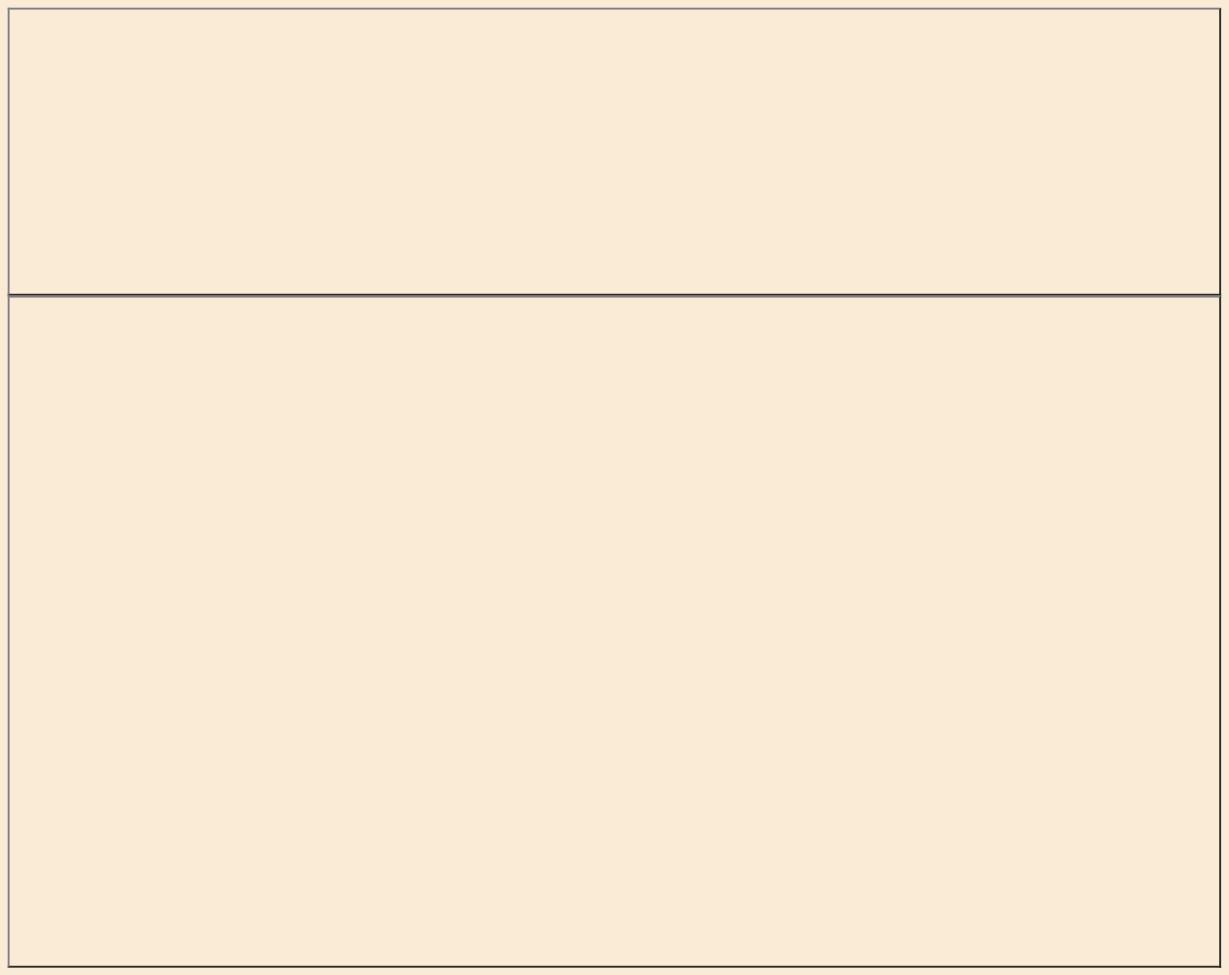
Repository: DAXMZB/Project
Page: http://localhost/SP2/
The author's editor kept a copy of each file at every save. The page is drawn from the files as they stood at one save, then again after the next save.
The browser window is 1280 px wide. The pictures show the whole page, at 96% of full size.
The page is served by Tomcat 9. Other server files are loaded and not shown.

Above is the page before, as saved 2026-02-04 11:53:39.

### SP2/src/main/webapp/index.jsp
<%@ page language="java" contentType="text/html; charset=UTF-8"
	pageEncoding="UTF-8"%>
<!DOCTYPE html>
<html>
<head>
<meta charset="UTF-8">
<title>Insert title here</title>
<script src="https://code.jquery.com/jquery-3.7.1.min.js"></script>
</head>
<body bgcolor="#faebd7">
	<table width="100%" border="2" align="center" height=300>
		<tr bgcolor=black></tr>
		<tr></tr>
	</table>
	<table width="100%" border="2" height=700>
		<tr ></tr>
	</table>
</body>
</html>

After the next save:
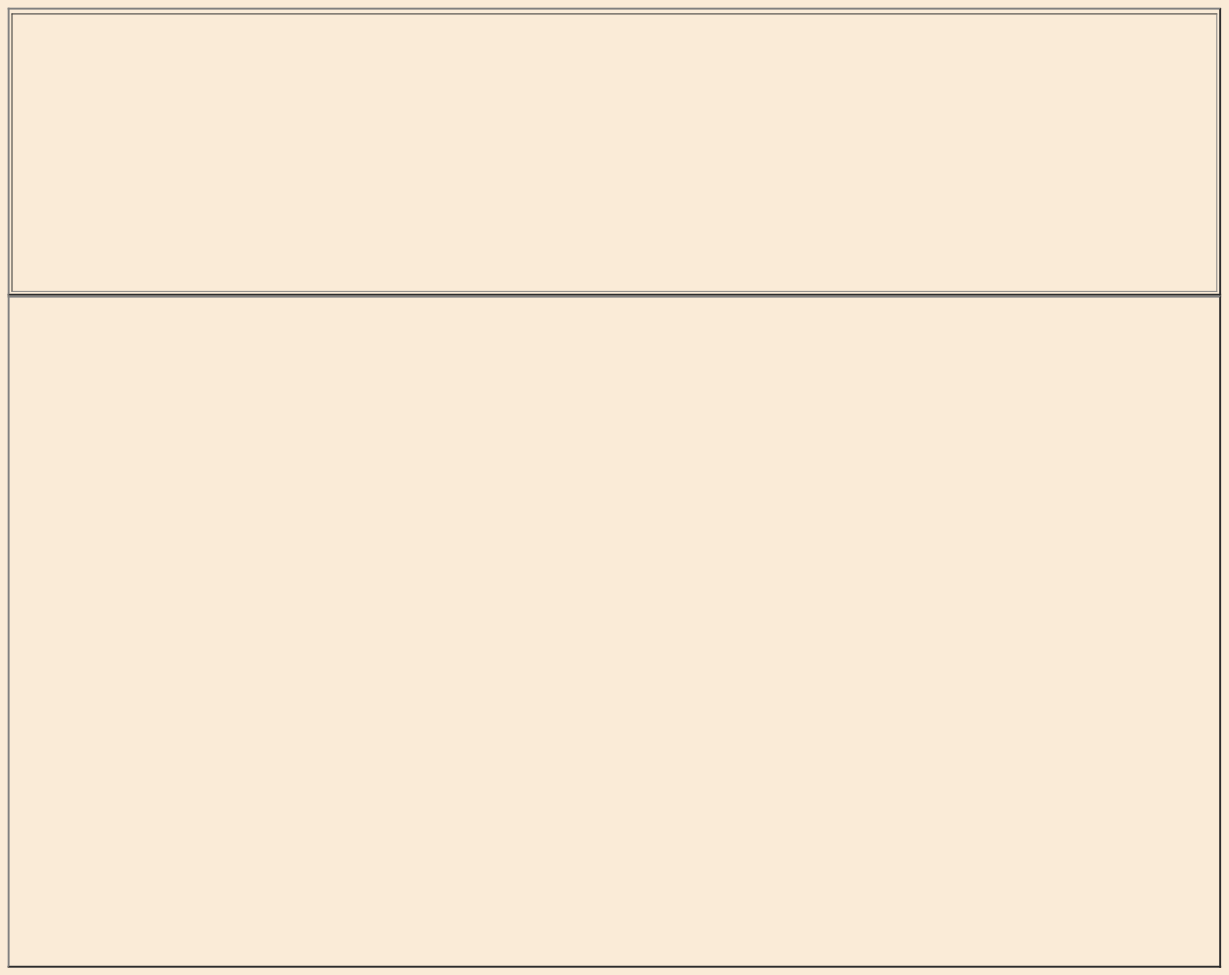
Saved 18 s later.
--- a/SP2/src/main/webapp/index.jsp
+++ b/SP2/src/main/webapp/index.jsp
@@ -10,7 +10,7 @@
 <body bgcolor="#faebd7">
 	<table width="100%" border="2" align="center" height=300>
 		<tr bgcolor=black></tr>
-		<tr></tr>
+		<tr><td></td></tr>
 	</table>
 	<table width="100%" border="2" height=700>
 		<tr ></tr>
